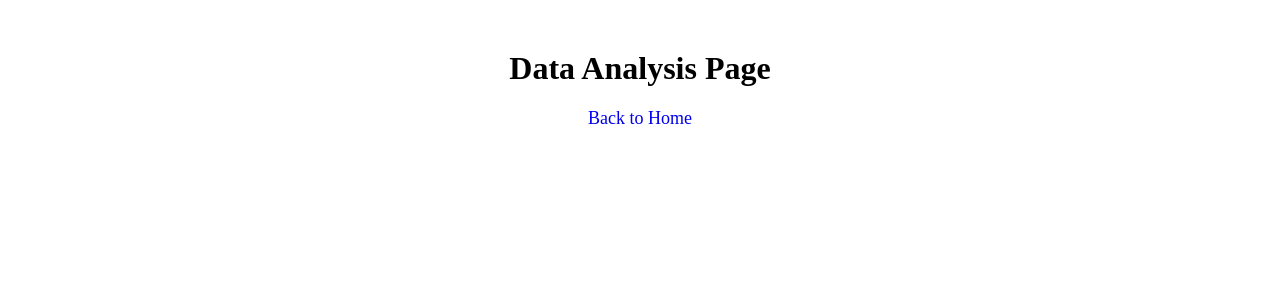
Repository: aw4630/plane-crash-EDA
Page: /#/analysis (app in frontend/planecrasheda/)
These files come from the project's save history. The page is drawn as it stood at one moment and after the next save; the edit follows.
The browser window is 1280 px wide. The pictures show the whole page.
The project was rebuilt for these pictures with package versions that can differ from the ones it lists, and the page was loaded fresh each time. Also part of the build but not shown: frontend/planecrasheda/src/pages/HomePage.js, frontend/planecrasheda/src/pages/DatabasePage.js.

Above is the page before, as saved 2024-09-18 11:39:54.

After the next save:
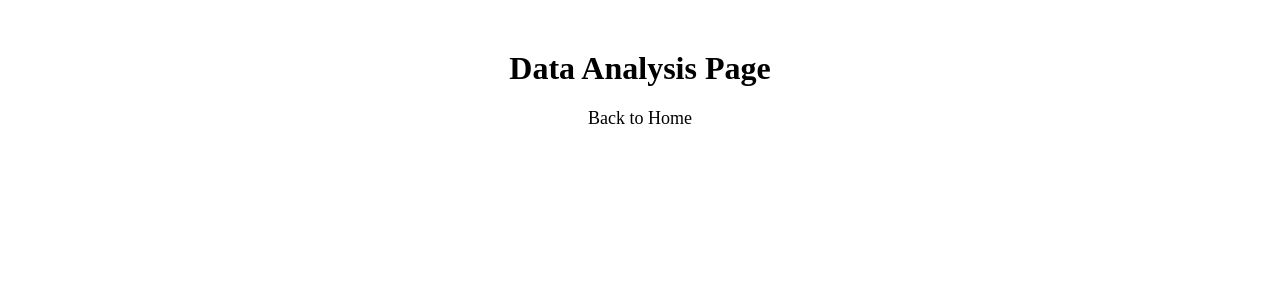
Saved 1 s later.
--- a/frontend/planecrasheda/src/pages/DataAnalysisPage.js
+++ b/frontend/planecrasheda/src/pages/DataAnalysisPage.js
@@ -1,5 +1,5 @@
 import React from 'react';
-import { Link } from 'react-router-dom';
+import Link from 'next/link';
 
 function DataAnalysisPage() {
   return (
